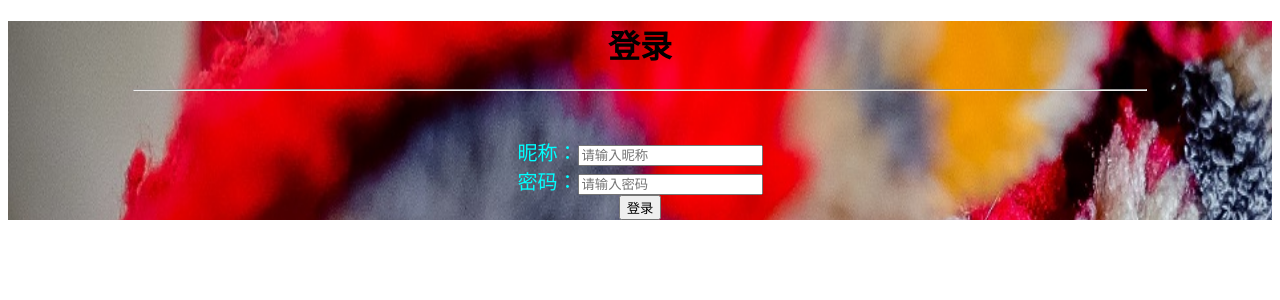
Repository: JuniorProjectTraining/free
Page: http://localhost/emss/login.jsp
These files come from the project's save history. The page is drawn as it stood at one moment and after the next save; the edit follows.
The browser window is 1280 px wide. The pictures show the whole page.
The page is served by Tomcat 9.

Above is the page before, as saved 2019-12-25 05:30:44.

After the next save:
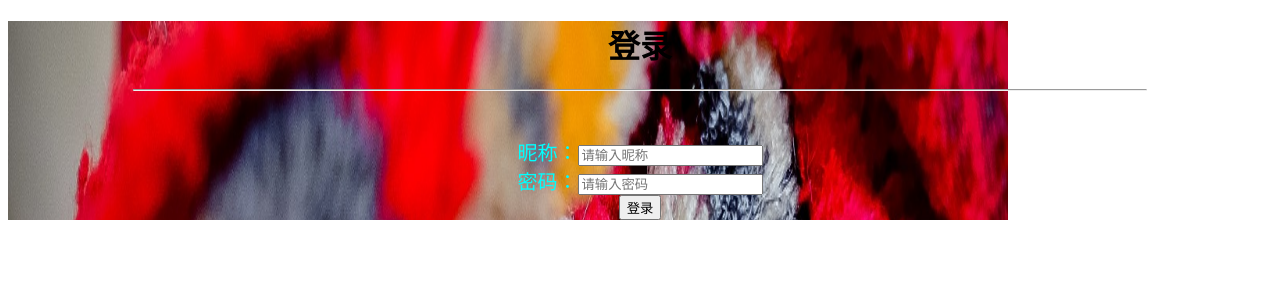
Saved 19 s later.
--- a/emss/src/main/webapp/login.jsp
+++ b/emss/src/main/webapp/login.jsp
@@ -17,7 +17,7 @@
 
 #beijing {
         background-image: url(./image/parallex.jpg);
-        background-size: 1700px 1700px;
+        background-size: 1000px 1700px;
         background-repeat: no-repeat;
         }
 </style>
